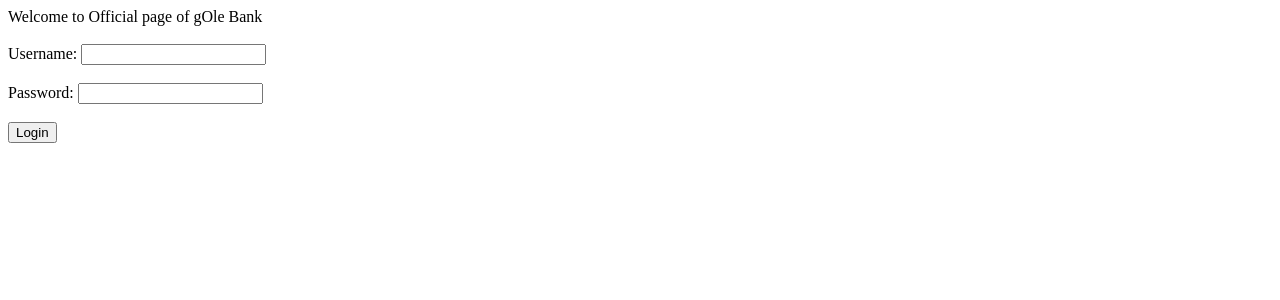
Repository: sandipgole/Myservlet
Page: WebATM/WebContent/login.html
An editor plug-in stored every save of this project. The page is shown before and after the next save, followed by the edit.
The browser window is 1280 px wide. The pictures show the whole page.

Above is the page before, as saved 2019-06-25 04:25:53.

After the next save:
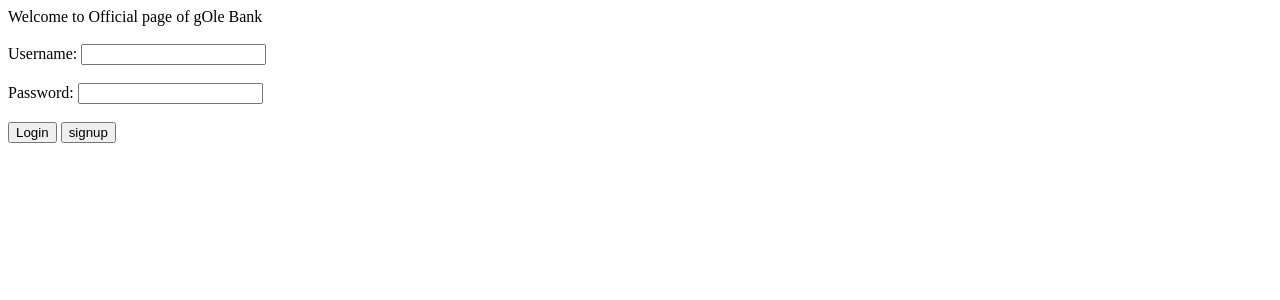
Saved 2 min 39 s later.
--- a/WebATM/WebContent/login.html
+++ b/WebATM/WebContent/login.html
@@ -10,7 +10,7 @@ Welcome to Official page of gOle Bank<br><br>
 Username: <input type="text" name="un"><br><br>
 Password: <input type="password" name="pw"><br><br>
 <input type="submit" value="Login">
-
+<input type="button" value="signup">
 
 
 </form>
